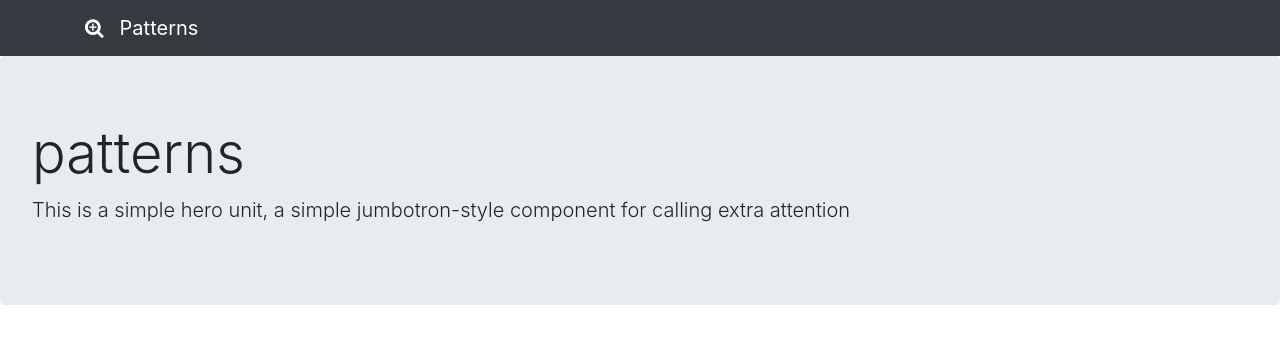
Repository: Mietlicha/patterns
Page: index.html
An editor plug-in stored every save of this project. The page is shown before and after the next save, followed by the edit.
The browser window is 1280 px wide. The pictures show the whole page.

Above is the page before, as saved 2019-10-24 11:14:15.

### index.html
<!DOCTYPE html>
<html lang="en">

<head>
    <meta charset="UTF-8">
    <meta name="viewport" content="width=device-width, initial-scale=1.0">
    <meta http-equiv="X-UA-Compatible" content="ie=edge">
    <title>Document</title>
    <link rel="stylesheet" href="style.css">
    <link rel="stylesheet" href="https://stackpath.bootstrapcdn.com/bootstrap/4.3.1/css/bootstrap.min.css"
        integrity="sha384-ggOyR0iXCbMQv3Xipma34MD+dH/1fQ784/j6cY/iJTQUOhcWr7x9JvoRxT2MZw1T" crossorigin="anonymous">
    <link rel="stylesheet" href="https://cdnjs.cloudflare.com/ajax/libs/font-awesome/4.7.0/css/font-awesome.min.css">

</head>

<body>
    <nav class="navbar navbar-dark bg-dark">
        <div class="container"><a class="navbar-brand" href="#"><i class="fa fa-search-plus mr-3" aria-hidden="true"></i>Patterns</a></div>
    </nav>
    <article>
    <section class="jumbotron">
            <h1 class="display-4">patterns</h1>
            <p class="lead">This is a simple hero unit, a simple jumbotron-style component for calling extra attention</p>
            </section>
        </article>


    <script src="https://code.jquery.com/jquery-3.3.1.slim.min.js"
        integrity="sha384-q8i/X+965DzO0rT7abK41JStQIAqVgRVzpbzo5smXKp4YfRvH+8abtTE1Pi6jizo"
        crossorigin="anonymous"></script>
    <script src="https://cdnjs.cloudflare.com/ajax/libs/popper.js/1.14.7/umd/popper.min.js"
        integrity="sha384-UO2eT0CpHqdSJQ6hJty5KVphtPhzWj9WO1clHTMGa3JDZwrnQq4sF86dIHNDz0W1"
        crossorigin="anonymous"></script>
    <script src="https://stackpath.bootstrapcdn.com/bootstrap/4.3.1/js/bootstrap.min.js"
        integrity="sha384-JjSmVgyd0p3pXB1rRibZUAYoIIy6OrQ6VrjIEaFf/nJGzIxFDsf4x0xIM+B07jRM"
        crossorigin="anonymous"></script>
</body>

</html>

Loaded but not shown: style.css (no copy from this time; the picture is the same without it)

After the next save:
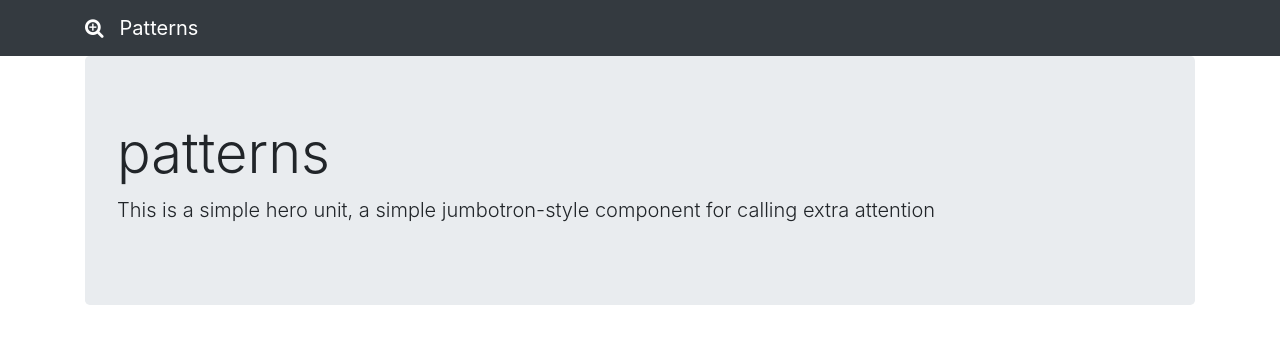
Saved 6 s later.
--- a/index.html
+++ b/index.html
@@ -17,7 +17,7 @@
     <nav class="navbar navbar-dark bg-dark">
         <div class="container"><a class="navbar-brand" href="#"><i class="fa fa-search-plus mr-3" aria-hidden="true"></i>Patterns</a></div>
     </nav>
-    <article>
+    <article class="container">
     <section class="jumbotron">
             <h1 class="display-4">patterns</h1>
             <p class="lead">This is a simple hero unit, a simple jumbotron-style component for calling extra attention</p>

After the save that followed:
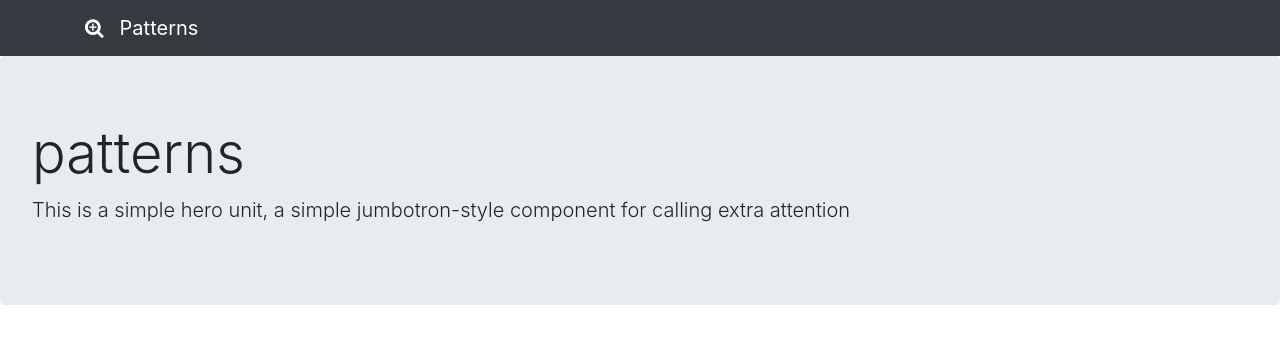
Saved 6 s later.
--- a/index.html
+++ b/index.html
@@ -17,7 +17,7 @@
     <nav class="navbar navbar-dark bg-dark">
         <div class="container"><a class="navbar-brand" href="#"><i class="fa fa-search-plus mr-3" aria-hidden="true"></i>Patterns</a></div>
     </nav>
-    <article class="container">
+    <article>
     <section class="jumbotron">
             <h1 class="display-4">patterns</h1>
             <p class="lead">This is a simple hero unit, a simple jumbotron-style component for calling extra attention</p>
